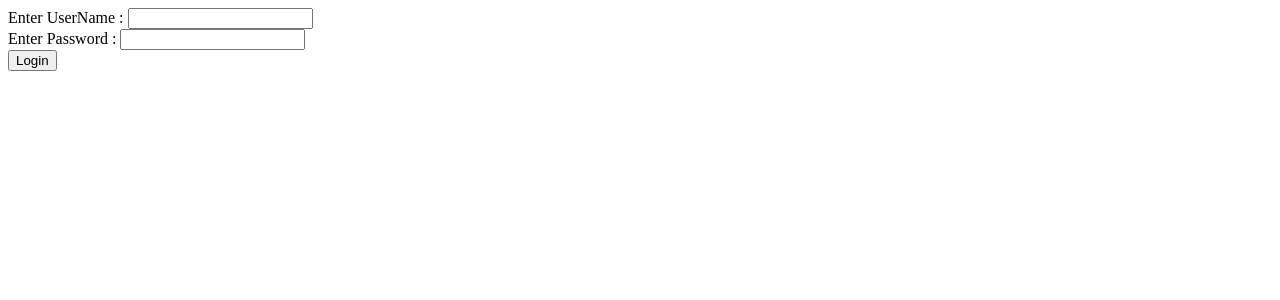
Repository: Kakarla-Manoj-Kumar/Login-Page
Page: http://localhost/Login/Login.jsp
These files come from the project's save history. The page is drawn as it stood at one moment and after the next save; the edit follows.
The browser window is 1280 px wide. The pictures show the whole page.
The page is served by Tomcat 10.

Above is the page before, as saved 2024-03-22 18:19:52.

After the next save:
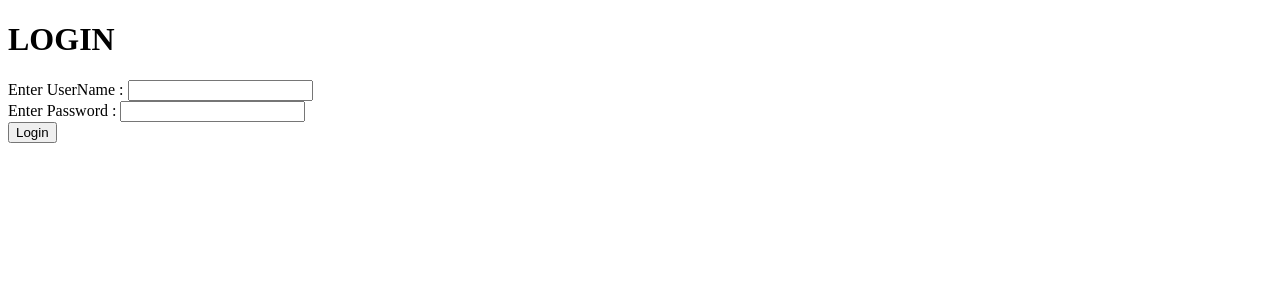
Saved 93 s later.
--- a/Login/src/main/webapp/Login.jsp
+++ b/Login/src/main/webapp/Login.jsp
@@ -7,6 +7,7 @@
 <title>Insert title here</title>
 </head>
 <body>
+<h1>LOGIN</h1>
 <form action="login" method="post">
 Enter UserName : <input type="text" name="username" ><br>
 Enter Password : <input type="password" name="pass" ><br>
